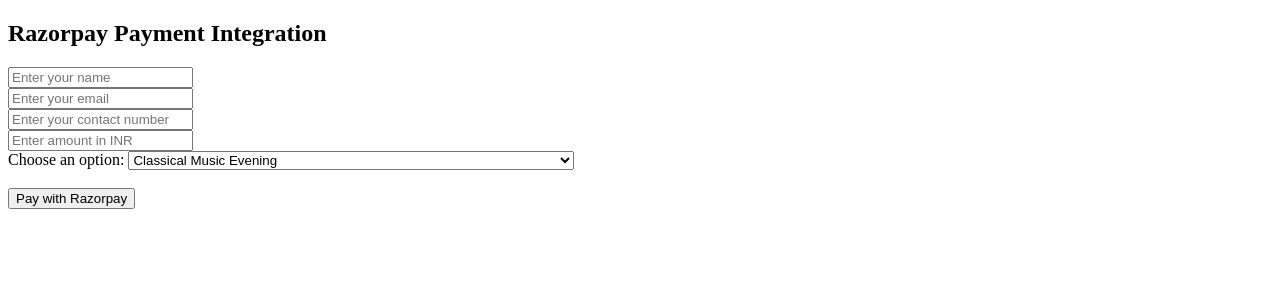
Repository: SharonSebastian32/razorpaypaymentgateway_implementation
Page: bookEventpage.html
An editor plug-in stored every save of this project. The page is shown before and after a run of saves, followed by the edit.
The browser window is 1280 px wide. The pictures show the whole page.

Above is the page before, as saved 2024-08-09 07:28:24.

After the next 2 saves:
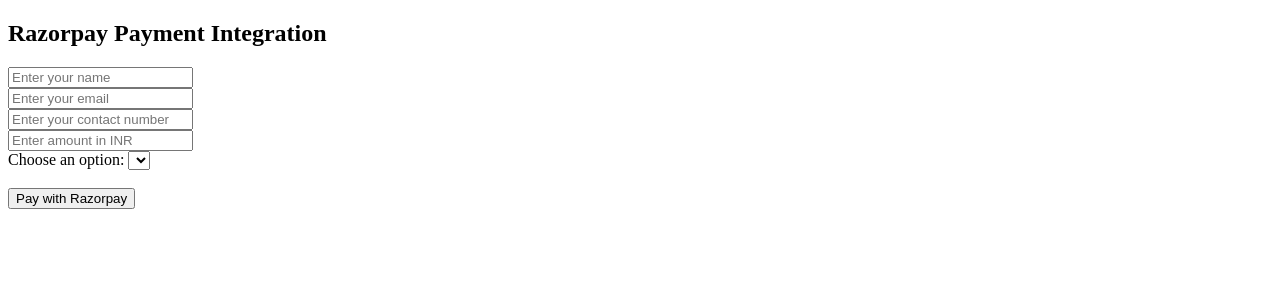
The 2 saves are shown as one change because they came seconds apart.
The last was saved 23 s later.
--- a/bookEventpage.html
+++ b/bookEventpage.html
@@ -46,7 +46,7 @@
           </div>
         </div>
         <label for="choices">Choose an option:</label>
-        <select id="choices" name="choices">
+        <select id="choice" name="choice">
           <!-- Options will be dynamically generated here -->
         </select>
 
